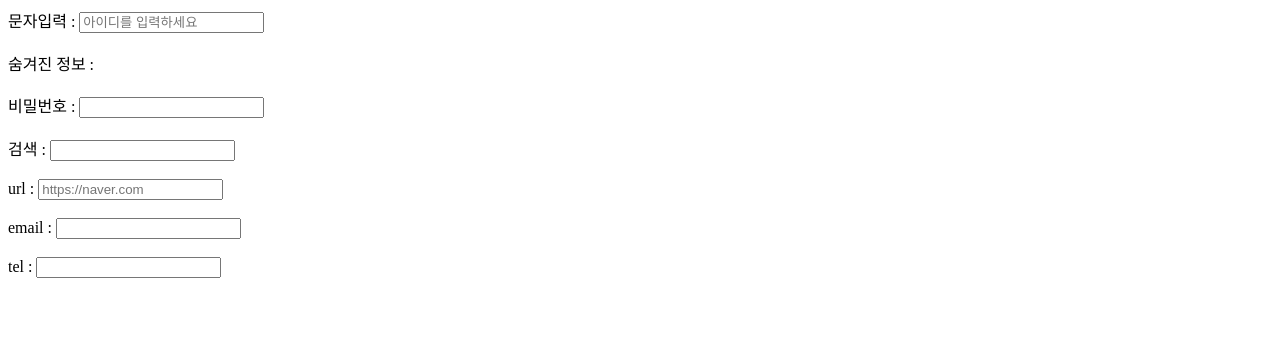
Repository: jaehyeon0418/workspace123
Page: w1025/src/webapp/w1025_07.html
These files come from the project's save history. The page is drawn as it stood at one moment and after the next save; the edit follows.
The browser window is 1280 px wide. The pictures show the whole page.

Above is the page before, as saved 2022-10-25 03:15:00.

After the next save:
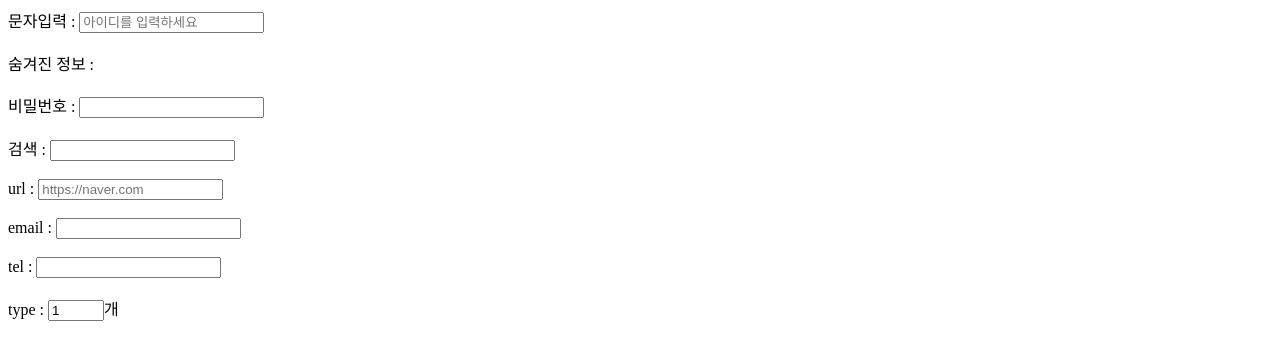
Saved 105 s later.
--- a/w1025/src/webapp/w1025_07.html
+++ b/w1025/src/webapp/w1025_07.html
@@ -20,7 +20,7 @@
 url : <input type = "url" placeholder="https://naver.com"><br><br>
 email : <input type = "email" name="email"><br><br>
 tel : <input type = "tel" name="tel"><br><br>
-
+type : <input type = "number" name = "num" min="1" max="10" value="1">개<br><br>
 
 </body>
 </html>
